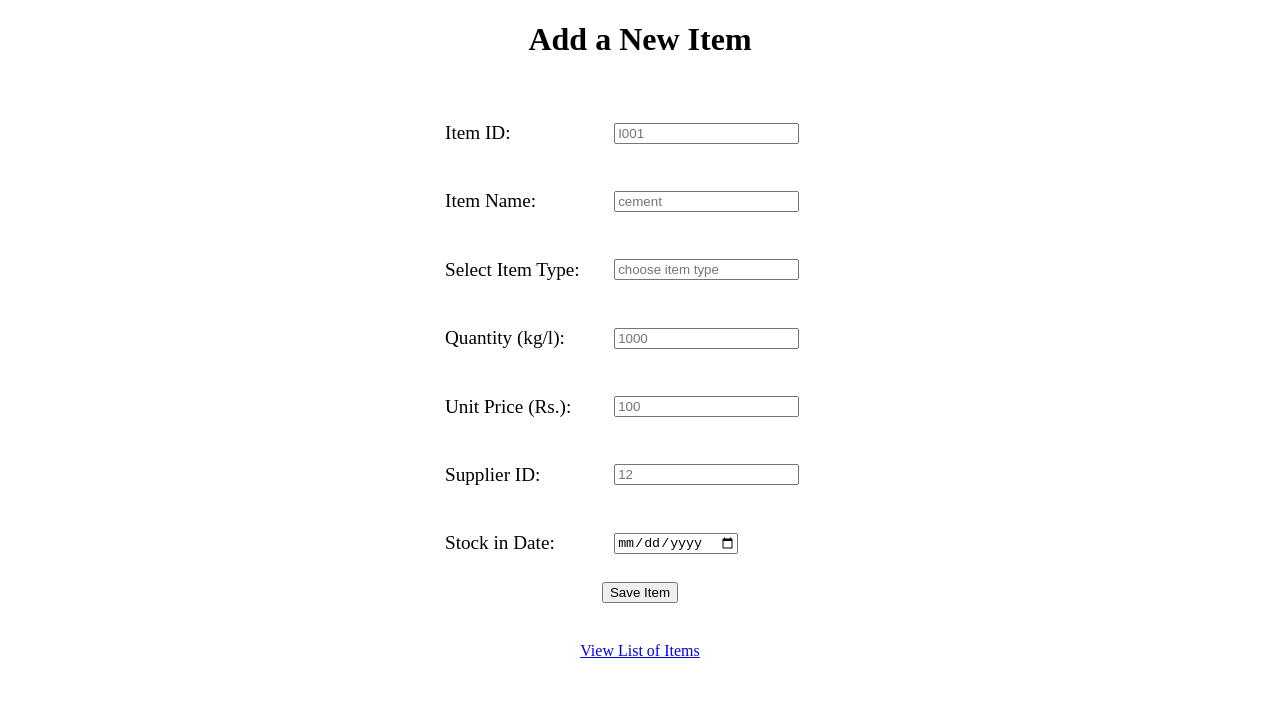
Repository: nirmaniPathiranage/CSSE-Procurement-Management
Page: http://localhost/Item_Management/AddItem.jsp
These files come from the project's save history. The page is drawn as it stood at one moment and after the next save; the edit follows.
The browser window is 1280 px wide. The pictures show the whole page.
The page is served by Tomcat 9. Other server files are loaded and not shown.

Above is the page before, as saved 2019-09-29 20:13:58.
Not found: Item_Management/Item_Management/bg3.jpg

### Item_Management/WebContent/AddItem.jsp
<%@ page language="java" contentType="text/html; charset=ISO-8859-1"
    pageEncoding="ISO-8859-1"%>
<!DOCTYPE html>
<html>
<head>
<meta charset="ISO-8859-1">
<title>Add Items</title>
<style>
body{

	background:url('bg3.jpg');
	background-size: cover;
}
</style>
<script>
	function validate() {
		var itemid = document.form.itemid.value;
		var itemname = document.form.itemname.value;
		var type = document.form.type.value;
		var quantity = document.form.quantity.value;
		var unitprice = document.form.unitprice.value;
		var supplierid = document.form.supplierid.value;
		var date = document.form.date.value;

		if (itemid == null || itemid == "") {
			alert("Item ID can't be blank");
			return false;
		} else if (itemname == null || itemname == "") {
			alert("item Name can't be blank");
			return false;
		} else if (type == null || type == "") {
			alert("Item Type can't be blank");
			return false;
		} else if (quantity == null || quantity == "") {
			alert("Quantity can't be blank");
			return false;
		} else if (unitprice == null || unitprice == "") {
			alert("Unit Price can't be blank");
			return false;
		} else if (supplierid == null || supplierid == "") {
			alert("Supplier ID can't be blank");
			return false;
		} else if (date == null || date == "") {
			alert("Date can't be blank");
			return false;
		}
	}
</script>
</head>
<body>
<div style="width:800px; margin:0 auto;" >

<center>
		<h1>Add a New Item</h1>
	</center>

	<form name="form" action="AddItemServlet" method="post" onSubmit="return validate();">

	<center>
			<table cellpadding="3" style="width: 50%">

				<tr height="20">
					<td><p style="font-size: larger">Item ID:</td>
					<td><input type="text" name="itemid" placeholder="I001" autocomplete="off" required/></td>
				</tr>
				<tr height="20">
					<td><p style="font-size: larger">Item Name:</td>
					<td><input type="text" name="itemname"
						placeholder="cement" autocomplete="off" required /></td>
				</tr>
				<tr height="20">
					<td><p style="font-size: larger">Select Item Type:</td>
					<td><input list="status" name="type" placeholder="choose item type"/></td>
					<datalist id="status"> <select required>
					<option>Raw Materials</option>
					<option>Tools</option>
					<option>Equipments</option>
					<option>Vehicles</option>
				</select> </datalist>
				</tr>
				<tr height="20">
					<td><p style="font-size: larger">Quantity (kg/l):</td>
					<td><input type="text" name="quantity" placeholder="1000" autocomplete="off" required/></td>
				</tr>
				<tr height="20">
					<td><p style="font-size: larger">Unit Price (Rs.):</td>
					<td><input type="text" name="unitprice"
						placeholder="100" autocomplete="off" required/></td>
				</tr>
				<tr height="20">
					<td><p style="font-size: larger">Supplier ID:</td>
					<td><input type="text" name="supplierid"
						placeholder="12" autocomplete="off" required/></td>
				</tr>
				<tr height="20">
					<td><p style="font-size: larger">
							Stock in Date:</td>
					<td><input type="date" name="date"
						placeholder="2019-09-30" autocomplete="off" required/></td>
				</tr>
				<br>
				<table align="center">
					<tr>
						<td colspan="2"><input type="submit" value="Save Item" /></td>
					</tr>
				</table>
			</table>

		</center>
	</form>
	</div>
	<center><a href="ListItemServlet">View List of Items</a></center>
	<br><br><br>
</body>
</html>

After the next save:
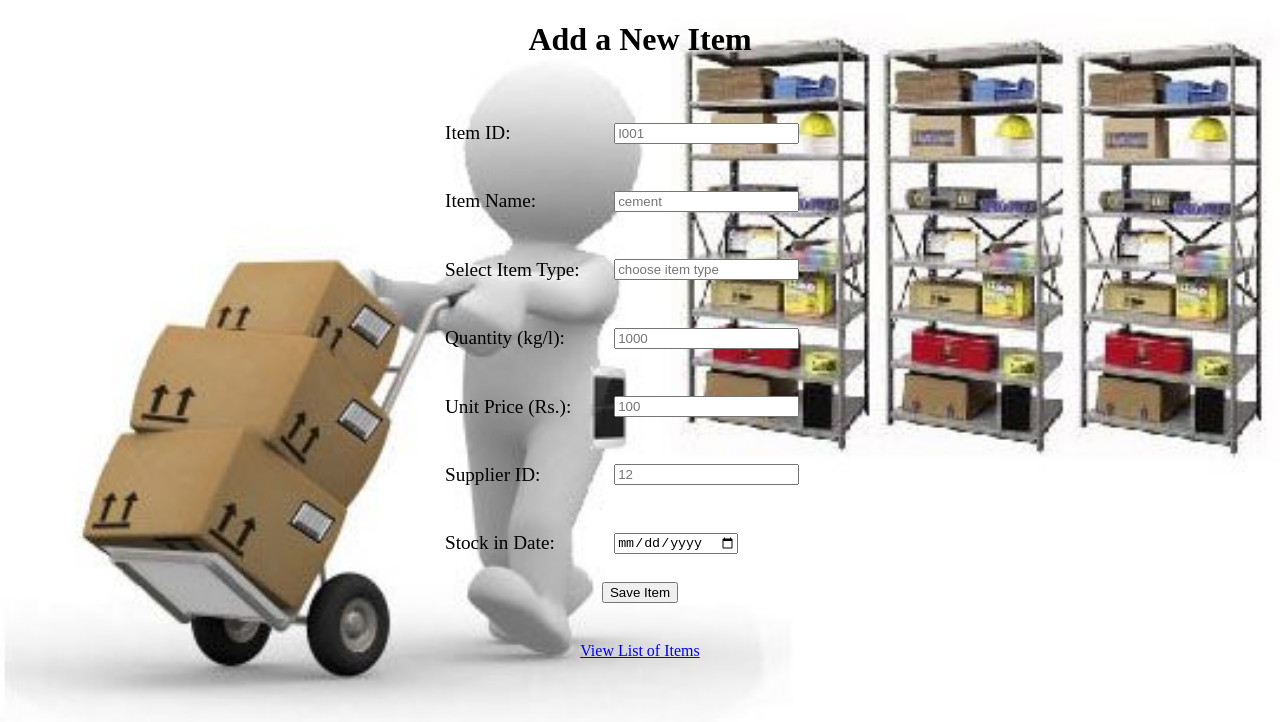
Saved 24 s later.
--- a/Item_Management/WebContent/AddItem.jsp
+++ b/Item_Management/WebContent/AddItem.jsp
@@ -8,7 +8,7 @@
 <style>
 body{
 
-	background:url('bg3.jpg');
+	background:url('bg2.jpg');
 	background-size: cover;
 }
 </style>
